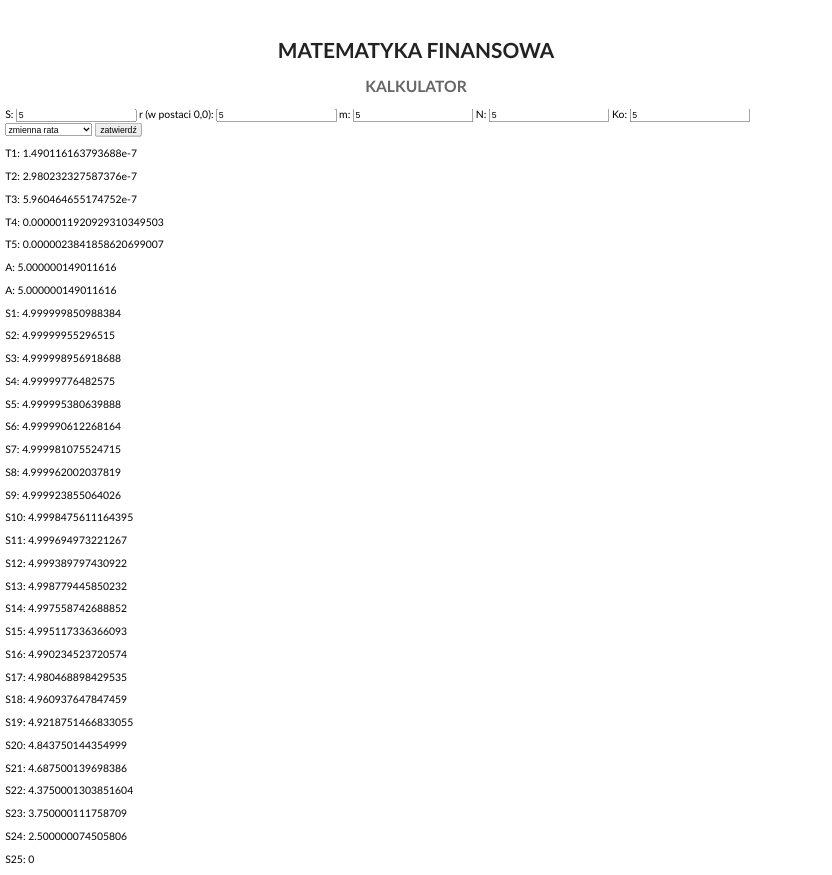
Repository: ravkita/MFCalc
Page: index.html
An editor plug-in stored every save of this project. The page is shown before and after the next save, followed by the edit.
The browser window is 1280 px wide. The pictures show the whole page, at 65% of full size.
Empty fields were first filled with sample values (such as "Sample", 5 or name@example.com).
After loading, the first visible `#confirm` was clicked once.

Above is the page before, as saved 2021-04-12 18:47:32.

After the next save:
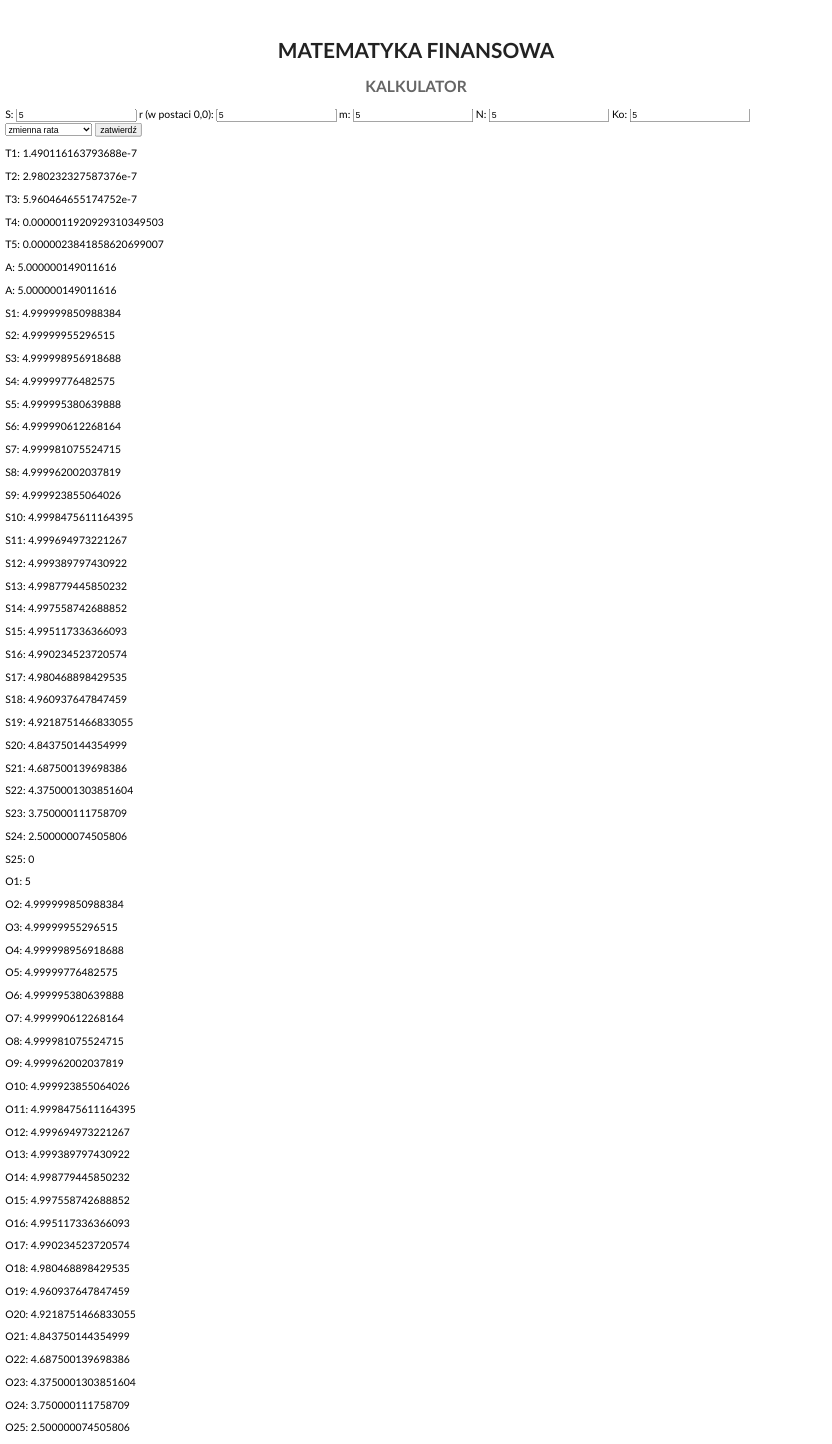
Saved 32 s later.
--- a/index.html
+++ b/index.html
@@ -143,6 +143,7 @@
                     rataZmienna();
                     kwotaPlatnosciStala();
                     saldoPrzyStałejKwocie();
+                    odsetkiPrzyStalejKwocie()
                     break;
                     case "2":
                     kwotaPlatnosciZmienna();
